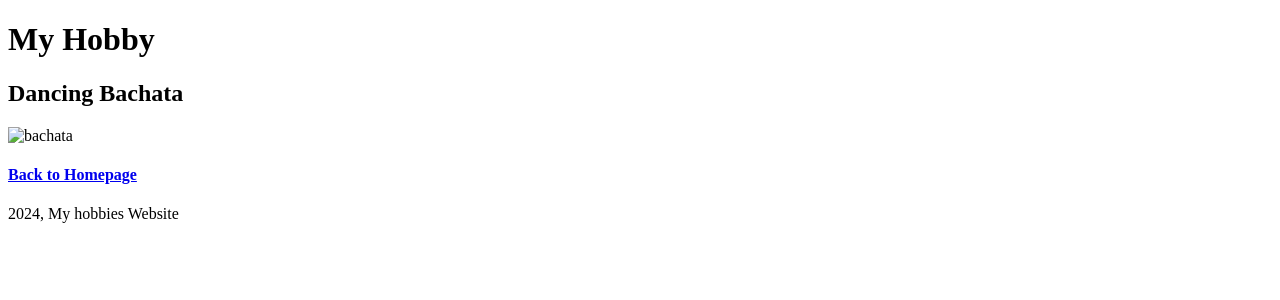
Repository: DaryaSarycheva/Hobbies
Page: pages/hobby.html
An editor plug-in stored every save of this project. The page is shown before and after the next save, followed by the edit.
The browser window is 1280 px wide. The pictures show the whole page.

Above is the page before, as saved 2024-05-09 08:23:33.
Not found: pages/images/bachata.jpg

### pages/hobby.html
<!DOCTYPE html>
<html lang="en">
<head>
    <meta charset="UTF-8">
    <meta name="viewport" content="width=device-width, initial-scale=1.0">
    <title>Hobby</title>
</head>
<body>
    <header>
        <h1>My Hobby</h1>
    </header>
    <main>
        <h2>Dancing Bachata</h2>
        <a href=""></a>
        <img src="./images/bachata.jpg" alt="bachata">
    </main>
    <h4><a href="../myHobbies.html">Back to Homepage</a></h4>
    <footer>
        <p> 2024, My hobbies Website</p>
    </footer>
</body>
</html>

After the next save:
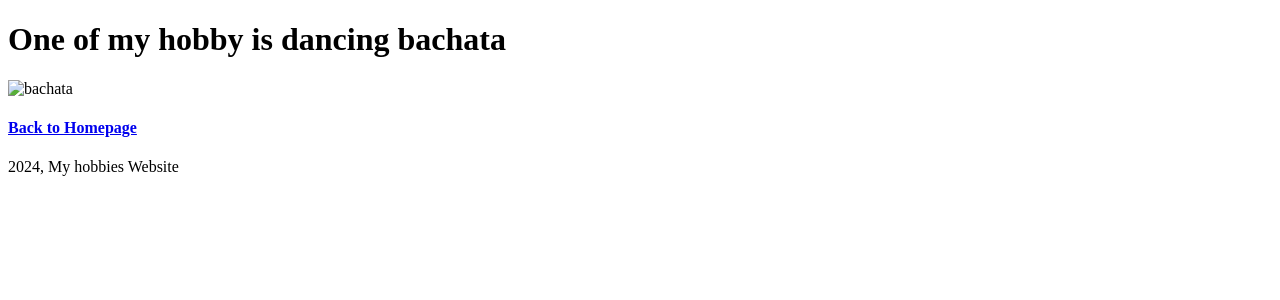
Saved 60 s later.
--- a/pages/hobby.html
+++ b/pages/hobby.html
@@ -7,10 +7,9 @@
 </head>
 <body>
     <header>
-        <h1>My Hobby</h1>
+        <h1>One of my hobby is dancing bachata</h1>
     </header>
     <main>
-        <h2>Dancing Bachata</h2>
         <a href=""></a>
         <img src="./images/bachata.jpg" alt="bachata">
     </main>
